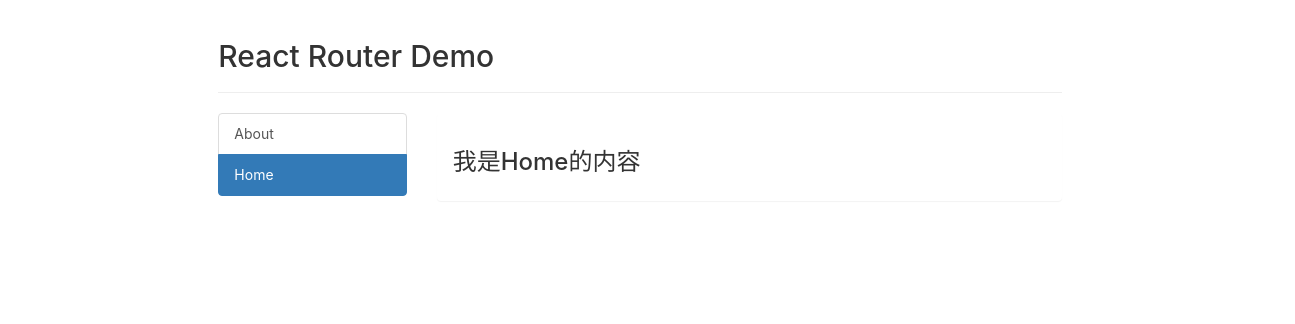
Repository: Shanshan67/React_a
Page: /home
An editor plug-in stored every save of this project. The page is shown before and after the next save, followed by the edit.
The browser window is 1280 px wide. The page is 1295 px wide, so the pictures cover 1295 px, including what lies to the right of the window. The pictures show the whole page.
The project was rebuilt for these pictures with package versions that can differ from the ones it lists, and the page was loaded fresh each time. Imported but missing from the stored project, and not drawn on this page: src/pages/About.

Above is the page before, as saved 2022-12-07 20:58:08.

After the next save:
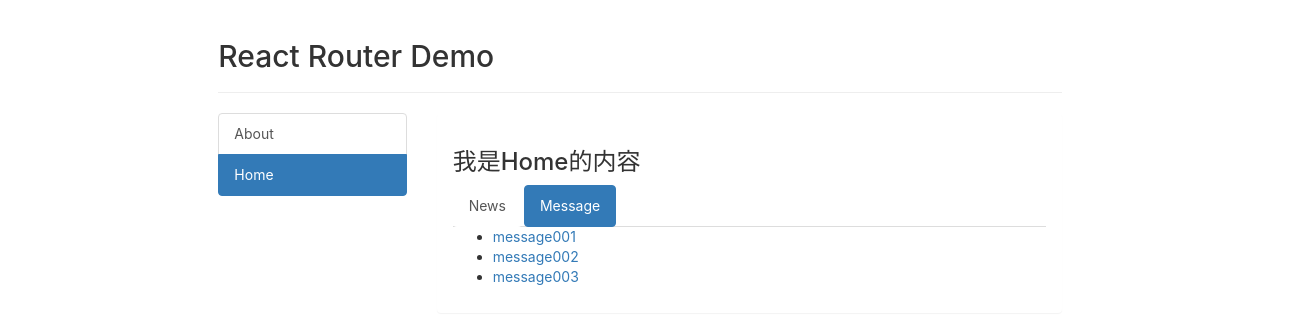
Saved 5 min 10 s later.
--- a/src/pages/Home/index.jsx
+++ b/src/pages/Home/index.jsx
@@ -3,7 +3,32 @@ import React, { Component } from 'react'
 export default class Home extends Component {
     render() {
     return (
-        <h3>我是Home的内容</h3>
+        <div>
+            <h3>我是Home的内容</h3>
+            <div>
+            <ul class="nav nav-tabs">
+            <li>
+                <a class="list-group-item" href="./home-news.html">News</a>
+            </li>
+            <li>
+                <a class="list-group-item active" href="./home-message.html">Message</a>
+            </li>
+            </ul>
+            <div>
+            <ul>
+                <li>
+                <a href="/message1">message001</a>&nbsp;&nbsp;
+                </li>
+                <li>
+                <a href="/message2">message002</a>&nbsp;&nbsp;
+                </li>
+                <li>
+                <a href="/message/3">message003</a>&nbsp;&nbsp;
+                </li>
+            </ul>
+            </div>
+        </div>
+      </div>
     )
     }
 }
